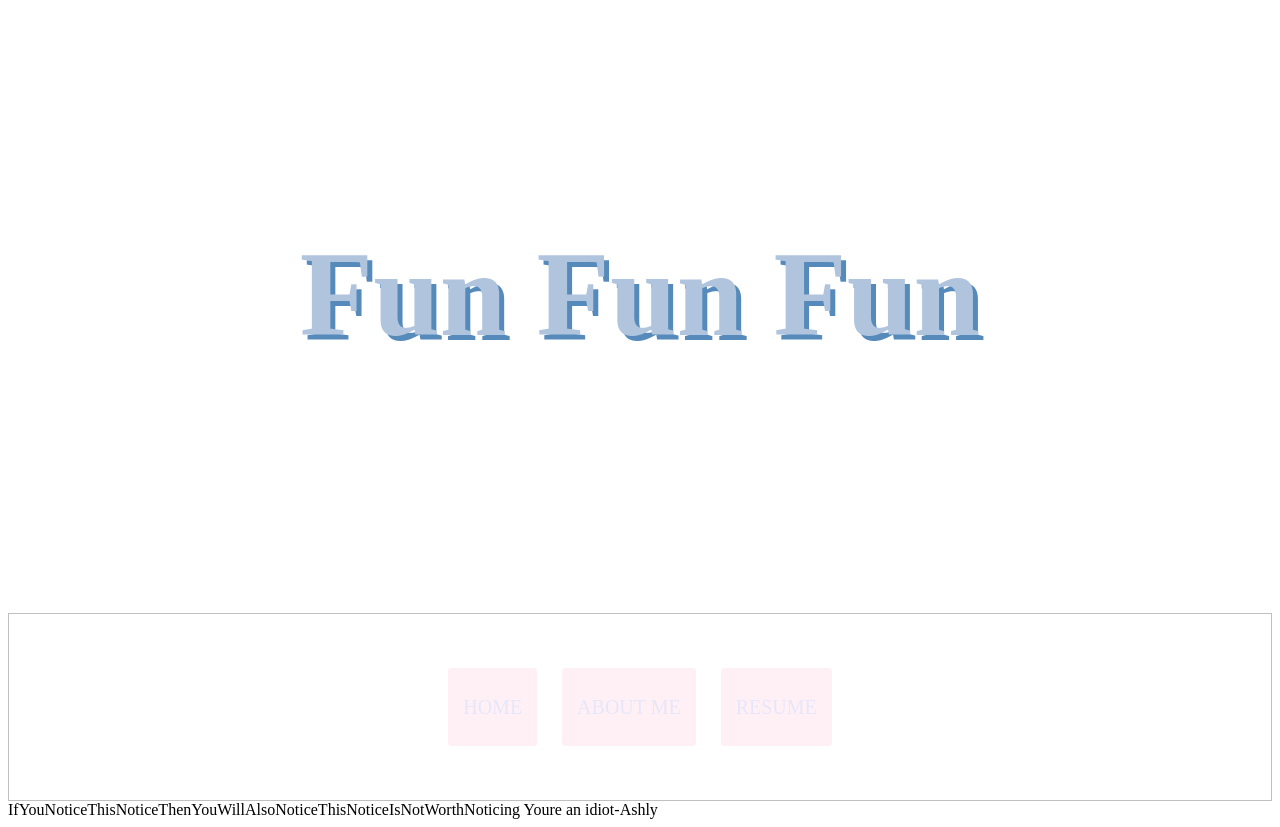
Repository: idontknow3/idontknow3.github.io
Page: Funpage.html
The author's editor kept a record of every edit. The page is drawn from the files as they stood at one moment, then again after the next edit.
The browser window is 1280 px wide. The pictures show the whole page.

Above is the page before.

After the next edit:
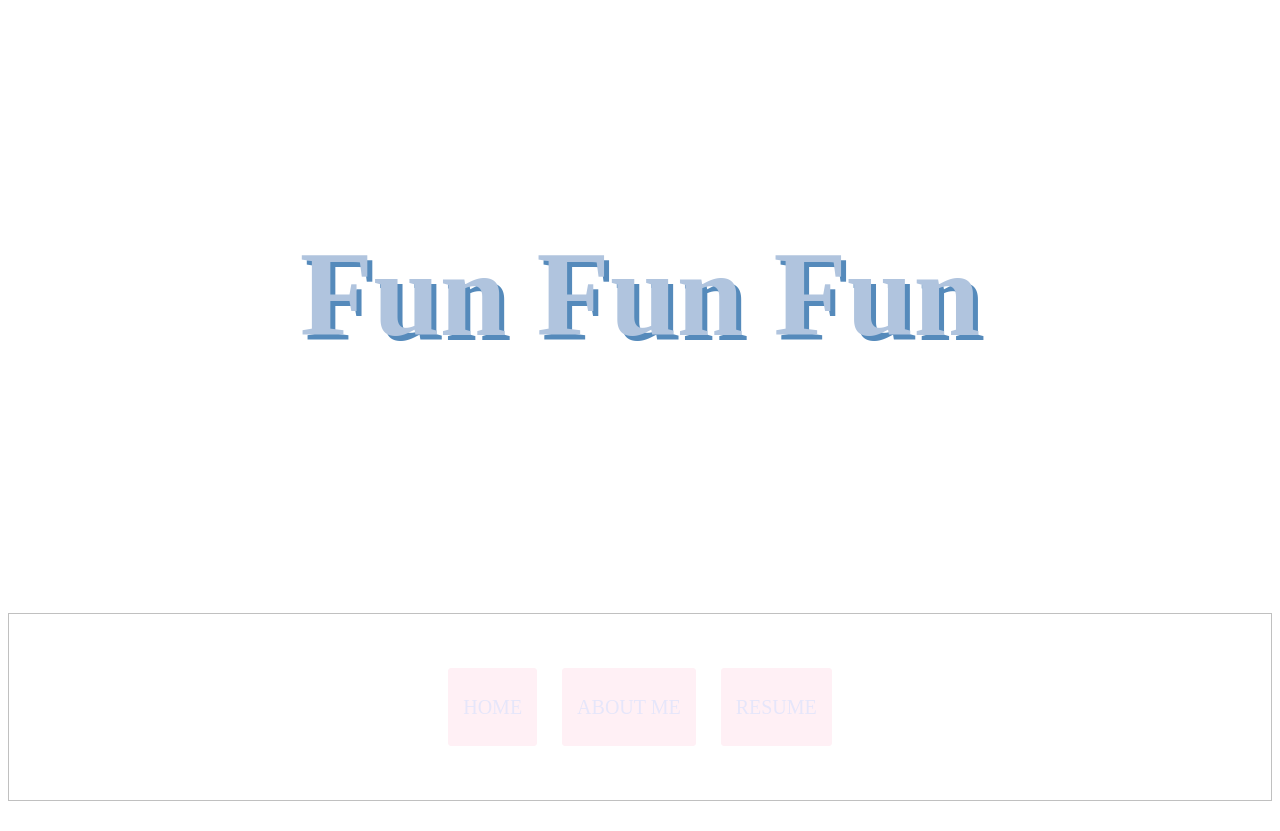
The edit:
--- a/Funpage.html
+++ b/Funpage.html
@@ -21,7 +21,7 @@
           </br>
     </header>
  </body>
-   IfYouNoticeThisNoticeThenYouWillAlsoNoticeThisNoticeIsNotWorthNoticing
-   Youre an idiot-Ashly
+   <marquee>IfYouNoticeThisNoticeThenYouWillAlsoNoticeThisNoticeIsNotWorthNoticing</marquee>
+
 
 </html>
